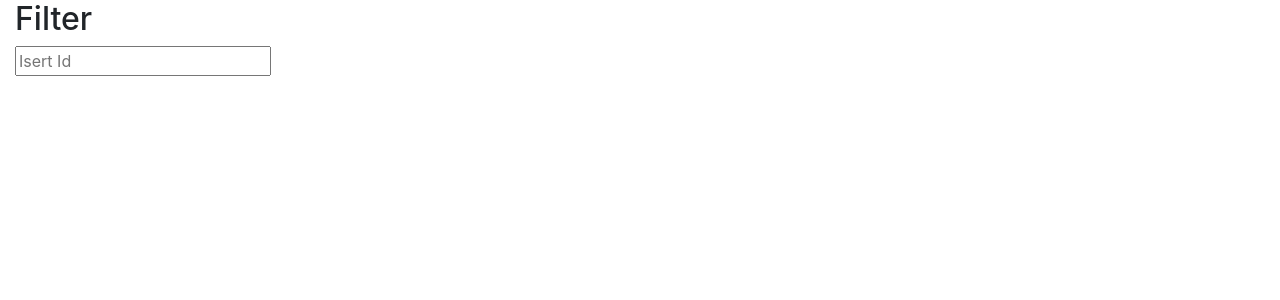
Repository: MuriloColleti/testjeff
Page: index.html
An editor plug-in stored every save of this project. The page is shown before and after a run of saves, followed by the edit.
The browser window is 1280 px wide. The pictures show the whole page.

Above is the page before, as saved 2025-09-01 09:48:49.
Console error: SyntaxError: Illegal return statement

After the next 4 saves:
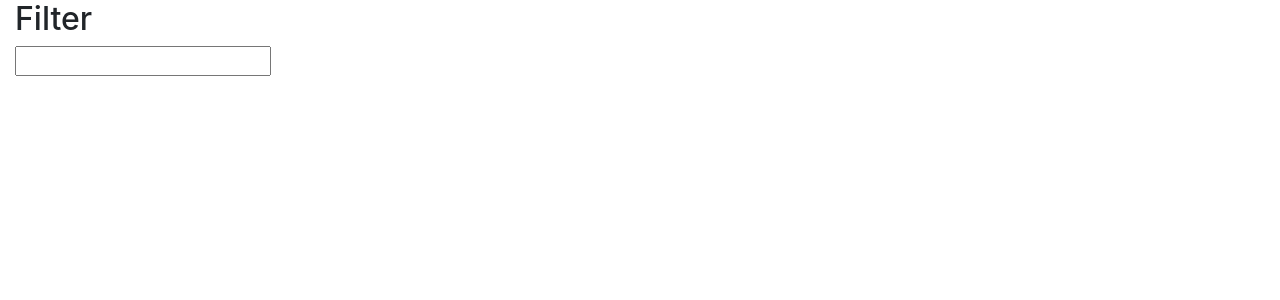
The 4 saves are shown as one change because they came seconds apart.
The last was saved 2 min 4 s later.
--- a/index.html
+++ b/index.html
@@ -12,7 +12,7 @@
 </div>
 
 <div class=" container-fluid">
-		<input type="text" id="inputId" placeholder="Isert Id"/>
+		<input type="text" id="inputId" cl="Isert Id"/>
 
 		<p id="result"></p>
 </div>

After the 2 saves that followed:
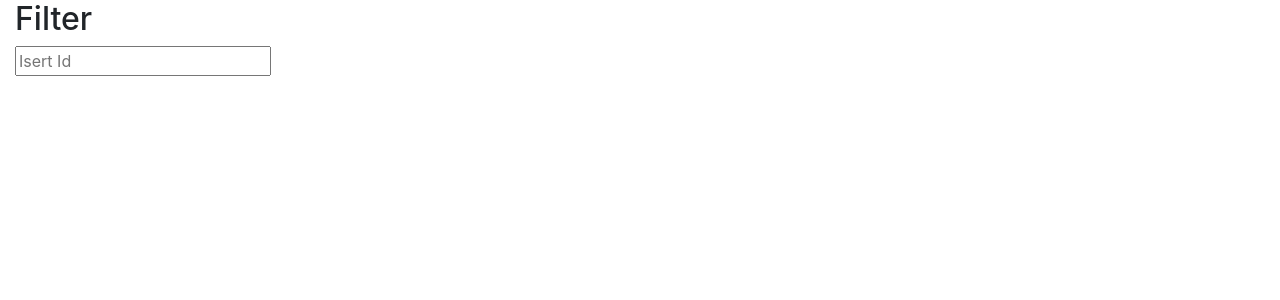
The 2 saves are shown as one change because they came seconds apart.
The last was saved 7 s later.
--- a/index.html
+++ b/index.html
@@ -12,7 +12,7 @@
 </div>
 
 <div class=" container-fluid">
-		<input type="text" id="inputId" cl="Isert Id"/>
+		<input type="text" id="inputId" class="" placeholder="Isert Id"/>
 
 		<p id="result"></p>
 </div>
